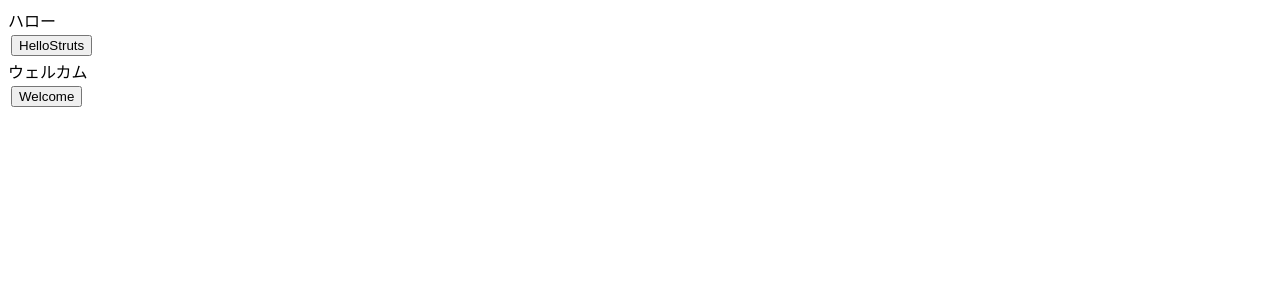
Repository: fujita0830/learning
Page: http://localhost/WebProj/
These files come from the project's save history. The page is drawn as it stood at one moment and after a run of saves; the edit follows.
The browser window is 1280 px wide. The pictures show the whole page.
The page is served by Tomcat 9. Other server files are loaded and not shown.

Above is the page before, as saved 2018-12-21 02:40:01.

### WebProj/WebContent/index.jsp
<%@ page language="java" contentType="text/html; charset=UTF-8"
    pageEncoding="UTF-8"%>
<%@taglib prefix="s" uri="/struts-tags" %>

<!DOCTYPE html PUBLIC "-//W3C//DTD HTML 4.01 Transitional//EN" "http://www.w3.org/TR/html4/loose.dtd">
<html>
<head>
<meta http-equiv="Content-Type" content="text/html; charset=UTF-8">
<title>INDEX</title>
</head>
<body>

ハロー
 <s:form action="HelloStrutsAction">
   <s:submit value="HelloStruts"/>
 </s:form>

ウェルカム
 <s:form action="WelcomeAction">
  <s:submit value="Welcome"/>
 </s:form>
</body>
</html>

After the next 2 saves:
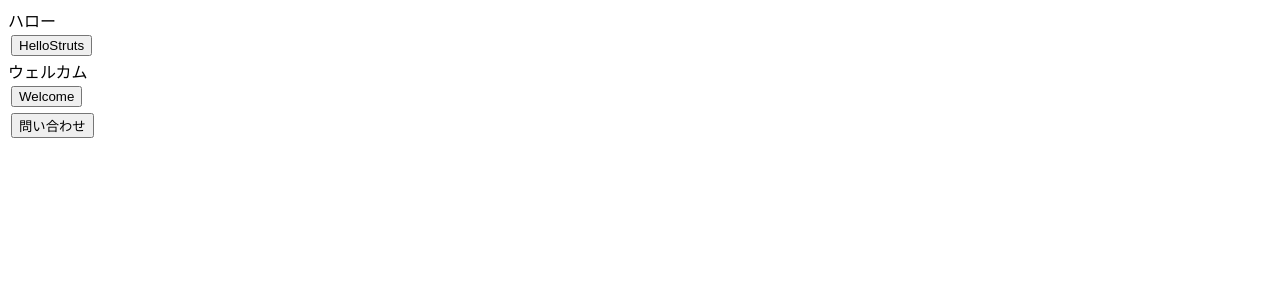
The 2 saves are shown as one change because 1 did not build or start.
The last was saved 6 min 4 s later.
--- a/WebProj/WebContent/index.jsp
+++ b/WebProj/WebContent/index.jsp
@@ -18,6 +18,12 @@
 ウェルカム
  <s:form action="WelcomeAction">
   <s:submit value="Welcome"/>
- </s:form>
+  </s:form>
+
+<s:form action="InquiryAction">
+ <s:submit value="問い合わせ"/>
+</s:form>
+
+
 </body>
 </html>
